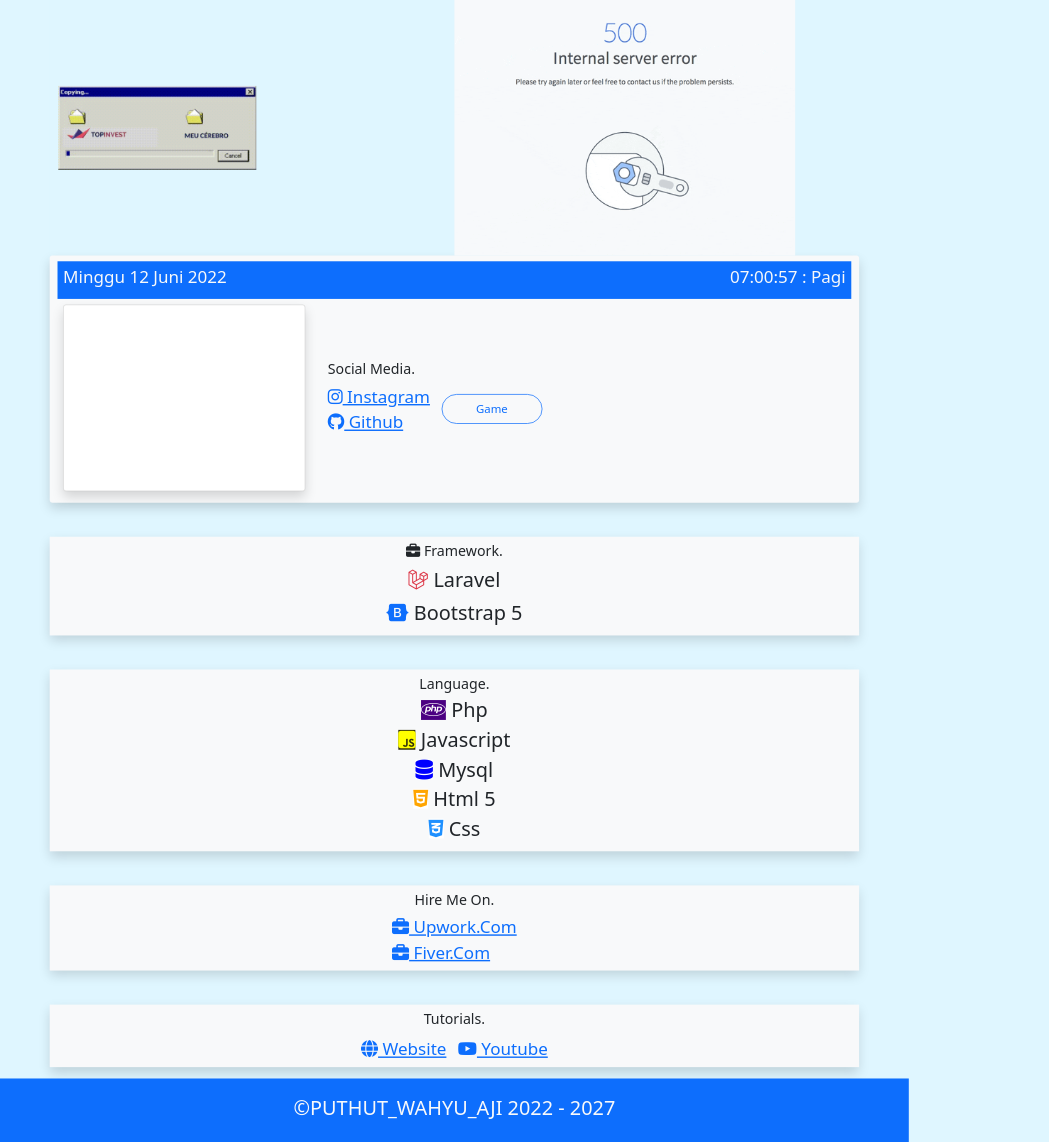
Repository: initer3737/initer3737.github.io
Page: index.html
The author's editor kept a copy of each file at every save. The page is drawn from the files as they stood at one save, then again after the next save.
The browser window is 1280 px wide. The page is 1280 px wide, then 1477 px, so the pictures cover 1477 px, including what lies to the right of the window. The pictures show the whole page, at 71% of full size.
Pictures or frames that could not be fetched are drawn as grey boxes. Some web libraries are served in a nearby version.

Above is the page before, as saved 2022-06-12 07:46:05.

After the next save:
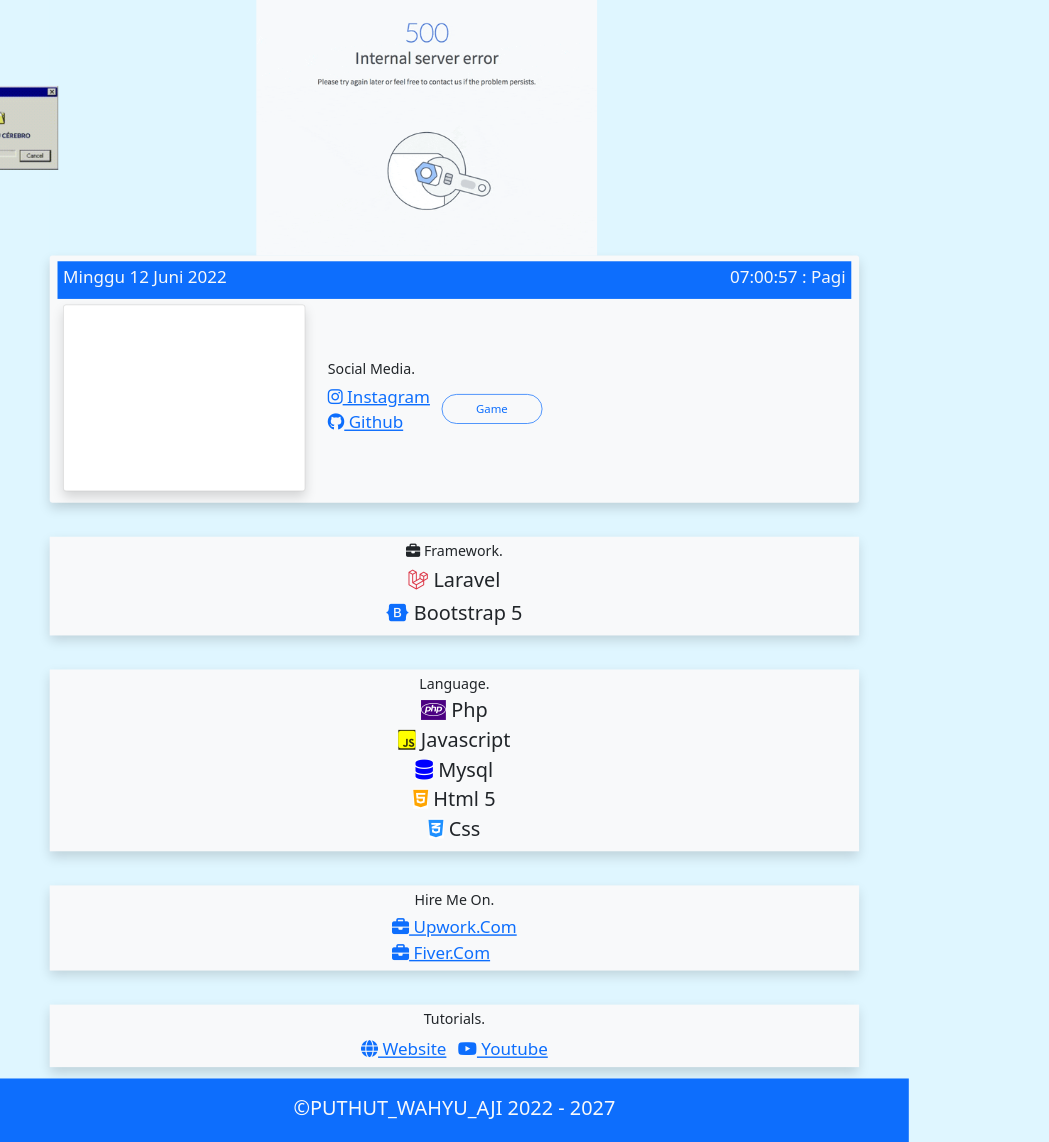
Saved 23 s later.
--- a/index.html
+++ b/index.html
@@ -15,7 +15,7 @@
         <div class="col-12 col-md-6">
             <img src="img/giphy (1).gif" class="img-fluid col-12 col-md-6">
         </div>
-        <div class="col-12 col-md-6">
+        <div class="col-12 ">
             <img src="img/giphy.gif" class="img-fluid">
         </div>
     </header>
